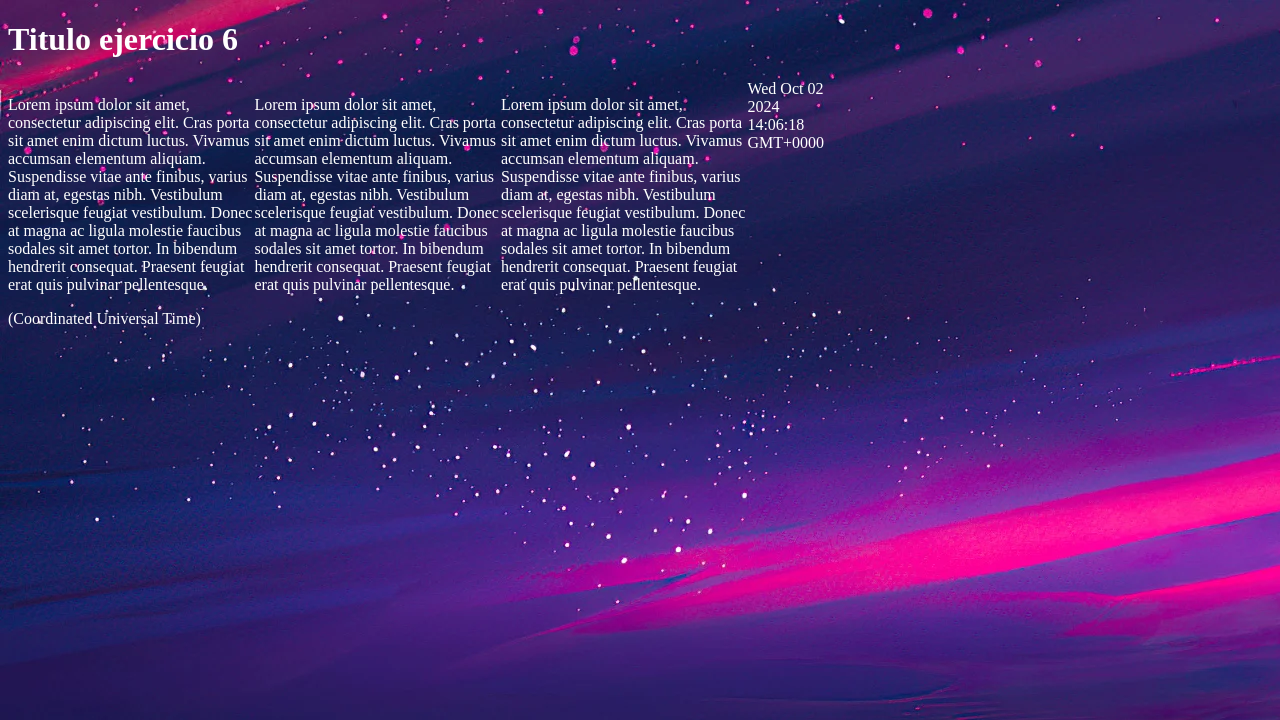
Repository: demoniers/clase
Page: lenguajes/html/ejercicio6/src/index.html
An editor plug-in stored every save of this project. The page is shown before and after the next save, followed by the edit.
The browser window is 1280 px wide. The pictures show the whole page.

Above is the page before, as saved 2024-10-08 13:07:12.

### lenguajes/html/ejercicio6/src/index.html
<!DOCTYPE html>
<html>
  <head>
    <base href="../img/">
    <title>Hojas de Estilo</title>
    <link rel="icon" type="image/x-icon" href="../img/icon.ico">
    <link rel="stylesheet" href="../style/style.css" />
    <meta name="author" content="Diego" />
    <meta name="description" content="Esto es una web" />
    <!---meta http-equiv="refresh" content="60; URL=http://www.google.com/" /> -->
  </head>

  <body>
    <h1 class="encabezado">Titulo ejercicio 6</h1>
    <div id="container">
      <div class="content" id="conent1">
        <p>Lorem ipsum dolor sit amet, consectetur adipiscing elit. Cras porta sit amet enim dictum luctus. Vivamus accumsan elementum aliquam. Suspendisse vitae ante finibus, varius diam at, egestas nibh. Vestibulum scelerisque feugiat vestibulum. Donec at magna ac ligula molestie faucibus sodales sit amet tortor. In bibendum hendrerit consequat. Praesent feugiat erat quis pulvinar pellentesque.</p>
      </div>
      <div class="content" id="conent3">
        <p>Lorem ipsum dolor sit amet, consectetur adipiscing elit. Cras porta sit amet enim dictum luctus. Vivamus accumsan elementum aliquam. Suspendisse vitae ante finibus, varius diam at, egestas nibh. Vestibulum scelerisque feugiat vestibulum. Donec at magna ac ligula molestie faucibus sodales sit amet tortor. In bibendum hendrerit consequat. Praesent feugiat erat quis pulvinar pellentesque.</p>
      </div>
      <div class="content" id="conent2">
        <p>Lorem ipsum dolor sit amet, consectetur adipiscing elit. Cras porta sit amet enim dictum luctus. Vivamus accumsan elementum aliquam. Suspendisse vitae ante finibus, varius diam at, egestas nibh. Vestibulum scelerisque feugiat vestibulum. Donec at magna ac ligula molestie faucibus sodales sit amet tortor. In bibendum hendrerit consequat. Praesent feugiat erat quis pulvinar pellentesque.</p>
      </div>
      <p id="fh"></p>
    </div>
  </body>
  <script>
    fecha = document.getElementById("fh");
    f = new Date();
    fecha.innerHTML = f;
</script>
</html>

### lenguajes/html/ejercicio6/style/style.css
        /* Estilo que aplica al cuerpo de la página */
        body {
            background-color: #ae58bb;
            background-image: url(../img/fondo.jpg);
            color: white;
        }
        .encabezado {
            width: 25%;
        }
        #container {
            width: 65%;
            align-items: center;
        }
        .content {
            float: left;
            width: 30%;
        }

After the next save:
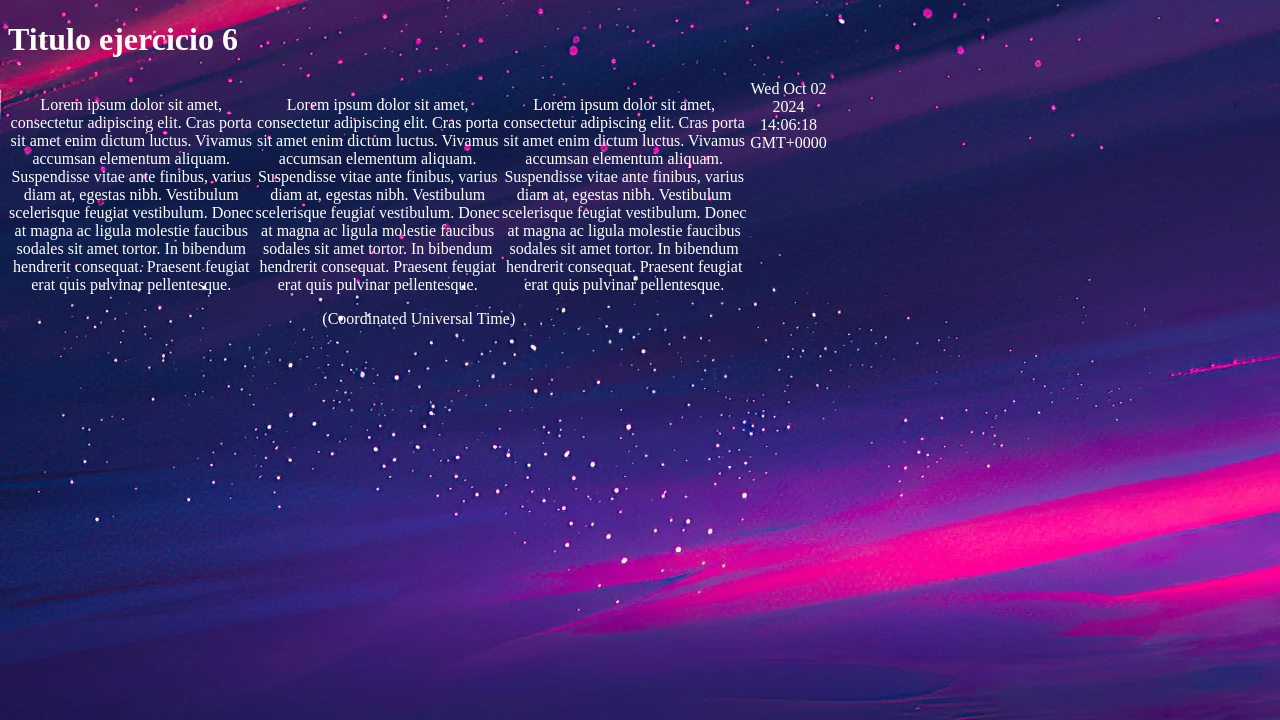
Saved 11 s later.
--- a/lenguajes/html/ejercicio6/style/style.css
+++ b/lenguajes/html/ejercicio6/style/style.css
@@ -9,7 +9,7 @@
         }
         #container {
             width: 65%;
-            align-items: center;
+            text-align: center;
         }
         .content {
             float: left;
